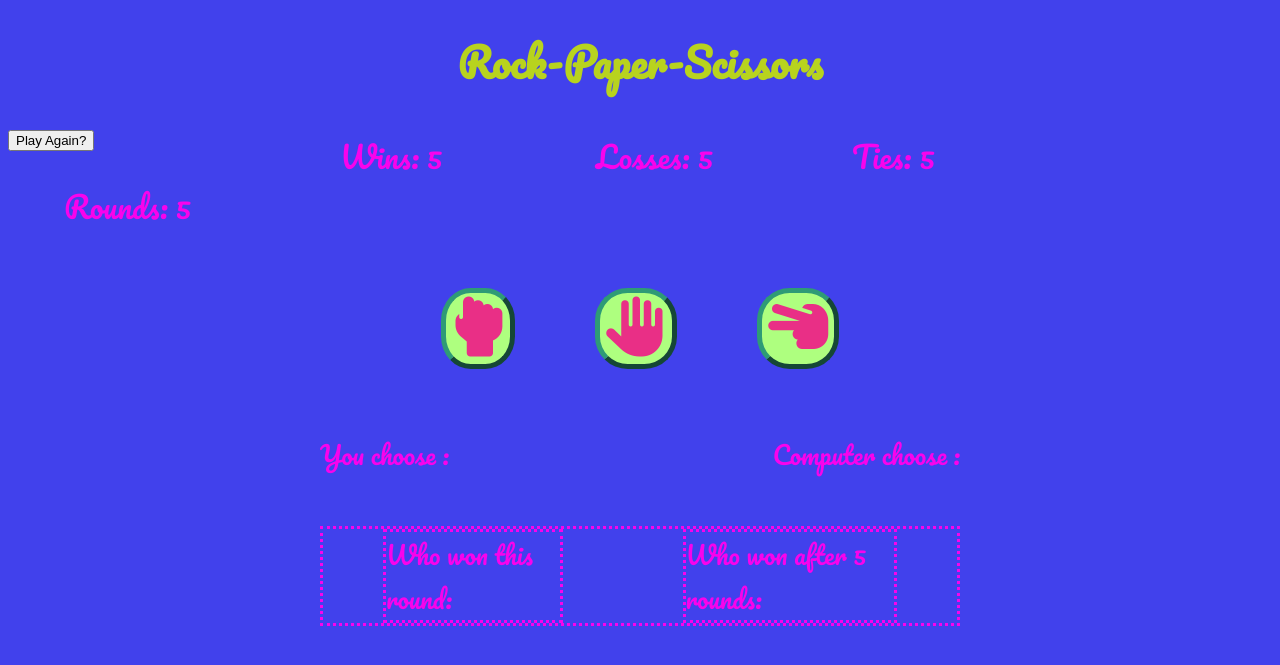
Repository: 0101chaitanya/Rock-Paper-Scissors
Page: index.html
The author's editor kept a copy of each file at every save. The page is drawn from the files as they stood at one save, then again after the next save.
The browser window is 1280 px wide. The pictures show the whole page.
Some web libraries are served in a nearby version.

Above is the page before, as saved 2021-05-15 15:47:12.
Not found: linkk.js

### index.html
<!DOCTYPE html>
<html>

<head>
    <meta charset="utf-8">
    <title>Rock-Paper-Scissors</title>
    <link rel="stylesheet" href="style.css">
    <script src="https://kit.fontawesome.com/3dcaf9f6de.js" crossorigin="anonymous"></script>
    <link rel="preconnect" href="https://fonts.gstatic.com">
    <link href="https://fonts.googleapis.com/css2?family=Pacifico&display=swap" rel="stylesheet">
</head>

<body>
    <h1 id="welcome">Rock-Paper-Scissors</h1>
    <div id="div1">
        <span id="wins" class="score">Wins: 5</span>
        <span id="losses" class="score">Losses: 5</span>
        <span id="ties" class="score">Ties: 5</span>
    </div>
    <div id="div2">
        <span id="rounds">Rounds: 5</span>
    </div>
    <div id="div3">
        <button class="square" id="holder1" href="#"><i class="fas fa-hand-rock"></i></button>
        <button class="square" id="holder2" href="#"><i class="fas fa-hand-paper"></i></button>
        <button class="square" id="holder3" href="#"><i class="fas fa-hand-scissors"></i></button>
    </div>
    <div id="div4">
        <span id="you" class="player">You choose :</span>
        <span id="computer" class="player">Computer choose :</span>
    </div>
    <div id="div5">
        <span id="roundwin" class="round">Who won this round:</span>
        <span id="round5er" class="round">Who won after 5 rounds:</span>
    </div>
    <button id="repeat">Play Again?</button>
    <script type="text/javascript" src="linkk.js"></script>
</body>

</html>

### style.css
html{
    margin: 0;
    font-family: 'Pacifico', cursive;
    background-color:rgb(65, 65, 236);
display: block;
}

h1  {
       text-align: center;
     color:rgb(184, 211, 30) ;
    font-size: 40px;
}
#div1{
     display: flex;
     justify-content: space-evenly;
     font-size: 30px;
     color:rgb(248, 3, 236);
    position : fixed;
    top: 18%;
    }
.score {
        margin: auto 20px ;
    }
    #wins {
       position: fixed;
        left: 25%;

    }
    #losses {
       position: fixed;
        left: 45%;

    }
    #ties {
       position: fixed;
        left: 65%;

    }

#div2 {
     display: flex;
     justify-content: space-evenly;
     font-size: 30px;
     color:rgb(248, 3, 236);
    position : fixed;
    top: 25%;
    left: 5%;
}
 #div3 {
display: flex;
flex-direction: row;
justify-content:center;
position: fixed;
top: 40%;
align-content: center;
left: 50%;
right: 50%;
padding:0;
  }
.square{
    background-color: rgb(174, 255, 127);
    font-size: 60px;
    display: inline-block;
color: rgb(233, 47, 134);
border-radius: 40%;
border-width: 5px;
border-color:rgb(46, 155, 118);
margin:auto 40px;
}
#div4 {
     display: flex;
     flex-direction: row;
     justify-content: center;
     font-size: 25px;
     color:rgb(248, 3, 236);
    position : fixed;
    top: 60%;
    padding: auto;

}
#you {
   position: fixed;
        left: 25%;

}
#computer {
     position: fixed;
        right: 25%;

}
#div5 {
     display: flex;
     flex-direction: row;
     justify-content: center;
     font-size: 25px;
     color:rgb(248, 3, 236);
    position : fixed;
    top: 73%;
    left: 25%;
    right: 25%;
    padding: auto;
    border-style:dotted;

}
.round {
    margin: auto 60px;
    display: flex;
    flex-direction: row;
    border-style:dotted;
    flex-wrap: nowrap;
}

After the next save:
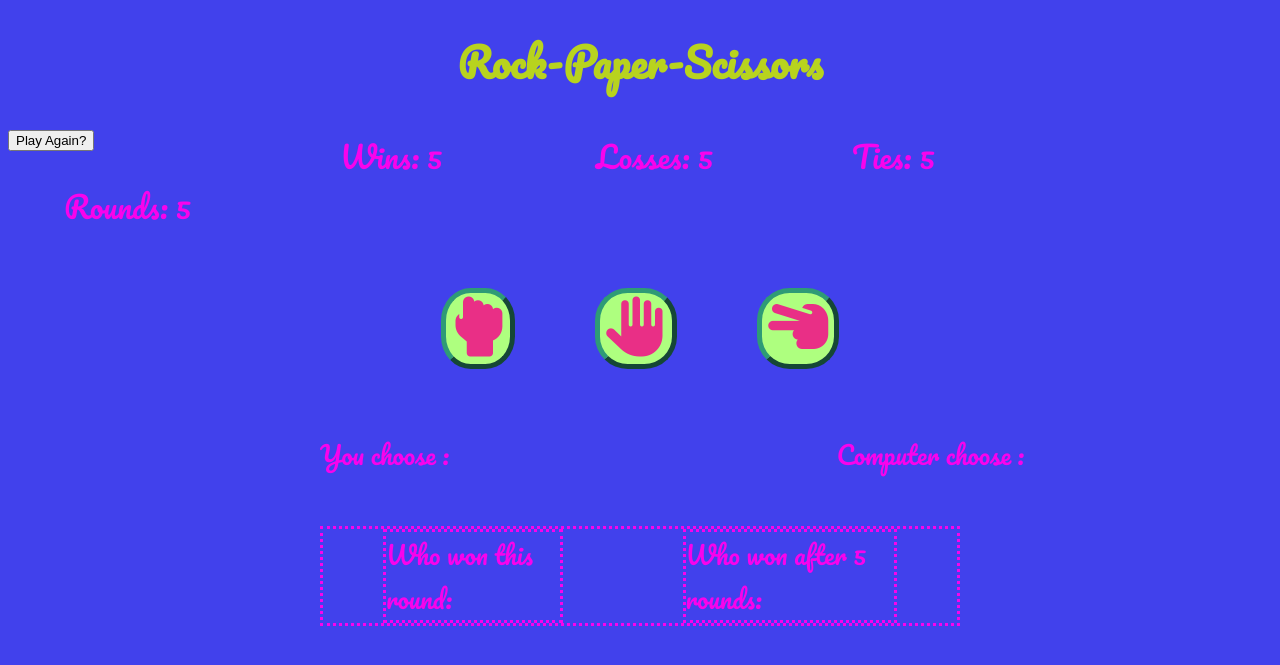
Saved 44 s later.
--- a/style.css
+++ b/style.css
@@ -85,7 +85,7 @@ margin:auto 40px;
 }
 #computer {
      position: fixed;
-        right: 25%;
+        right: 20%;
 
 }
 #div5 {
